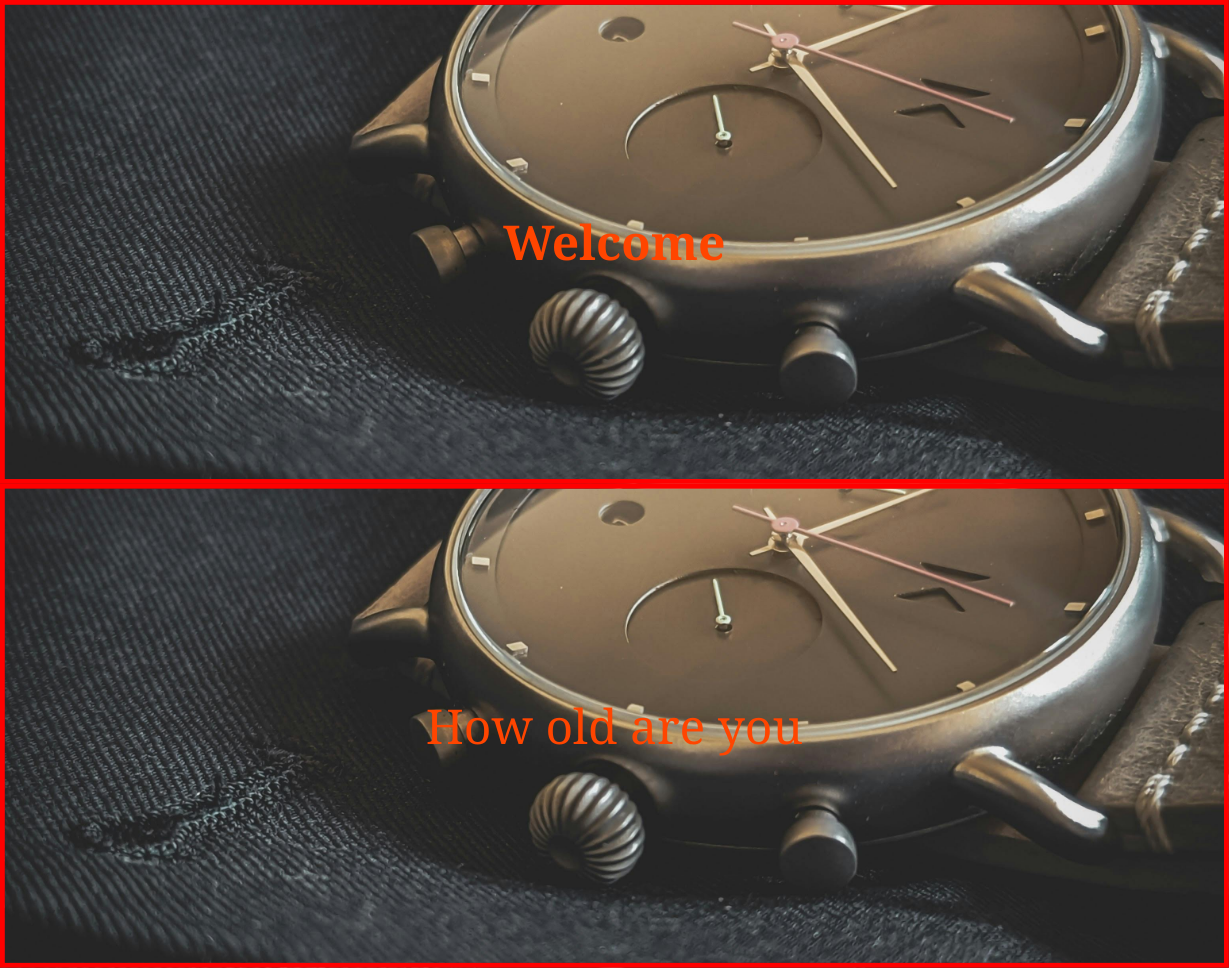
Repository: kem85/beginning
Page: web/js/index.html
An editor plug-in stored every save of this project. The page is shown before and after a run of saves, followed by the edit.
The browser window is 1280 px wide. The pictures show the whole page, at 96% of full size.
Backgrounds fixed to the window are drawn as part of the page.

Above is the page before, as saved 2024-06-18 03:04:26.

### web/js/index.html
<!DOCTYPE html>
<html lang="en">
<head>
    <meta charset="UTF-8">
    <meta name="viewport" content="width=device-width, initial-scale=1.0">
    <title>Document</title>
    <script src="./test.js"></script>
    <link rel="stylesheet" href="./main.css">
</head>
<body>
    <div class="banner">
        <h1 class="welcomesign">Welcome</h1>
        <p class="welcomesign">How old are you</p>
    </div>
</body>
</html>

### web/js/test.js
window.alert("what is love");

### web/js/main.css
*{
    font-family:Cambria, Cochin, Georgia, Times, 'Times New Roman', serif;
    background-image: url("./watch.jpg");
    background-position: center;
    background-attachment: fixed;
    background-size: cover;
    padding:0;
    margin:0;
    box-sizing: border-box;
}
.welcomesign{
    min-width: 60vw;
    min-height:70vh;
    display:flex;
    color: orangered;
    justify-content: center;
    align-items: center;
    text-align: center;
    font-size: 50px;
    border:5px solid red;
    padding:100px;
}
.textt{
    display:flex;
    min-width: 30vw;
    min-height:60vh;
    font-size:25px;
    justify-content: center;
    align-items: center;
    text-align: center;
    margin-bottom: 3em;
    border:5px solid red;
}

After the next 3 saves:
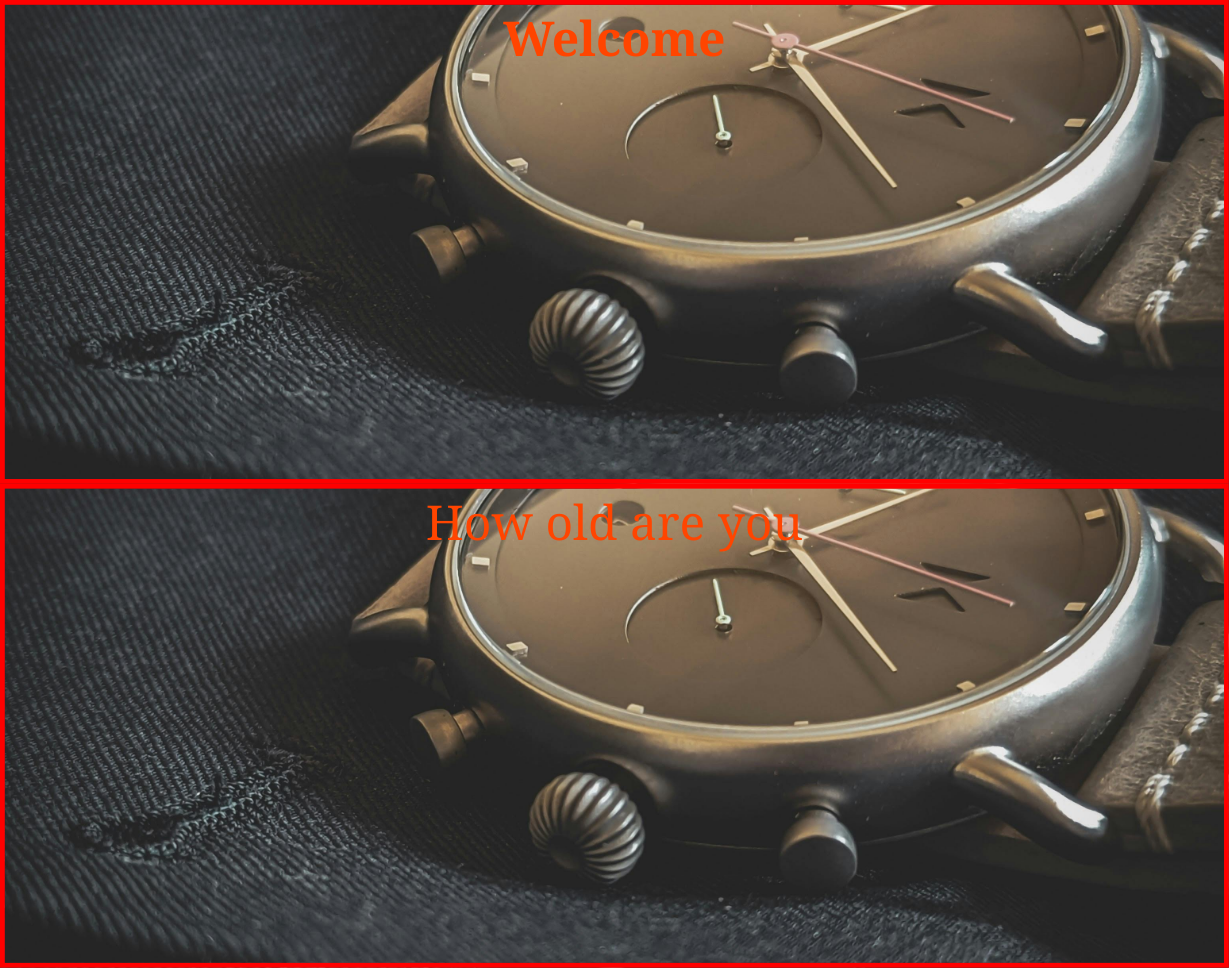
The 3 saves are shown as one change because they came seconds apart.
The last was saved 14 s later.
--- a/web/js/main.css
+++ b/web/js/main.css
@@ -11,14 +11,14 @@
 .welcomesign{
     min-width: 60vw;
     min-height:70vh;
-    display:flex;
+
     color: orangered;
     justify-content: center;
     align-items: center;
     text-align: center;
     font-size: 50px;
     border:5px solid red;
-    padding:100px;
+    margin:0 auto;
 }
 .textt{
     display:flex;

After the save that followed:
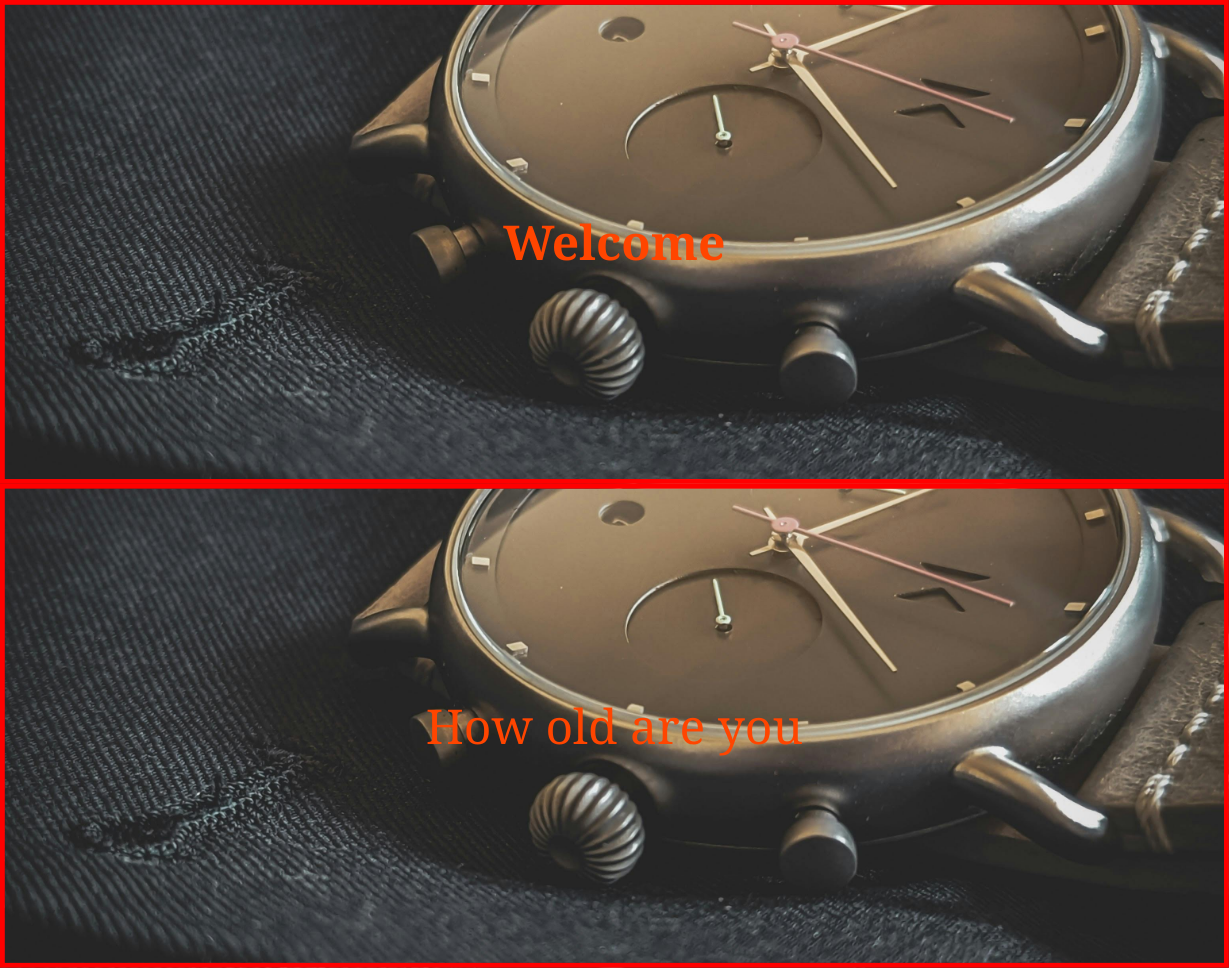
Saved 4 s later.
--- a/web/js/main.css
+++ b/web/js/main.css
@@ -11,7 +11,7 @@
 .welcomesign{
     min-width: 60vw;
     min-height:70vh;
-
+    display:flex;
     color: orangered;
     justify-content: center;
     align-items: center;
